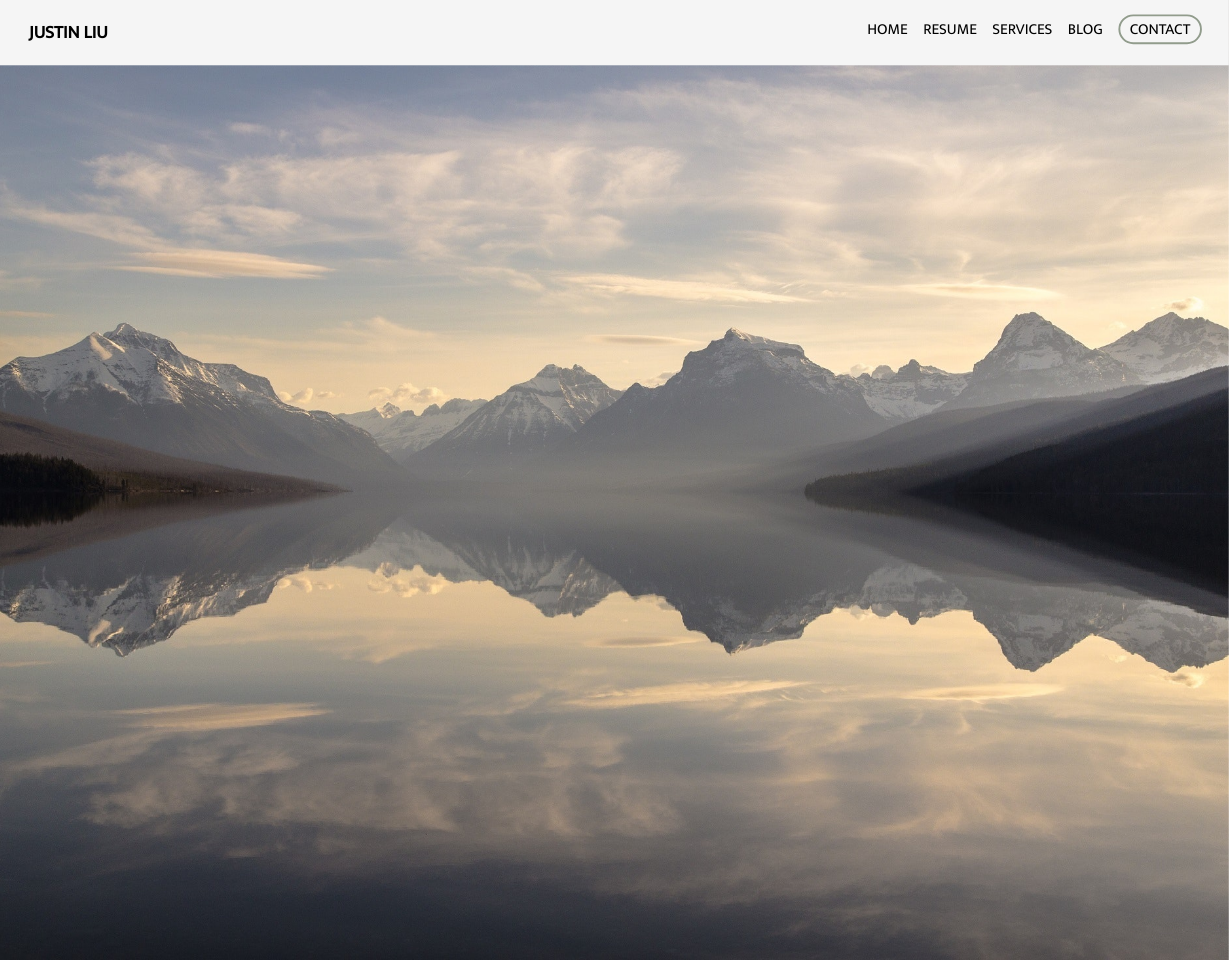
Repository: justinliu88/personal-projects
Page: index.html
These files come from the project's save history. The page is drawn as it stood at one moment and after the next save; the edit follows.
The browser window is 1280 px wide. The pictures show the whole page, at 96% of full size.
Some web libraries are served in a nearby version. The style sheet was rebuilt from its Sass, Less or Tailwind sources for each picture, by a compiler version that may differ from the author's.

Above is the page before, as saved 2020-03-17 10:56:39.

### index.html
<!DOCTYPE html>
<html lang="en">

<head>
    <meta charset="UTF-8">
    <meta name="viewport" content="width=device-width, initial-scale=1.0">
    <title>Personal Website</title>
    <link rel="stylesheet" href="main.css" type="text/css">
    <link rel="stylesheet" href="https://fonts.googleapis.com/css?family=Mukta&display=swap">
    <script src="http://ajax.googleapis.com/ajax/libs/jquery/1.7.1/jquery.min.js" type="text/javascript"></script>
    <script src="./main.js"></script>
</head>

<body>
    <nav class="container-navbar">
        <h3 class="container-navbar__name">JUSTIN LIU</h3>
        <ul class="container-navbar__options">
            <li class="container-navbar__options__buttons">
                <a class="container-navbar__options__link" href="#">HOME</a>
            </li>
            <li class="container-navbar__options__buttons">
                <a class="container-navbar__options__link" href="#">RESUME</a>
            </li>
            <li class="container-navbar__options__buttons">
                <a class="container-navbar__options__link" href="#">SERVICES</a>
            </li>
            <li class="container-navbar__options__buttons">
                <a class="container-navbar__options__link" href="#">BLOG</a>
            </li>
            <li class="container-navbar__options__buttons">
                <a id="contactLink" class="container-navbar__options__link" href="#">CONTACT</a>
            </li>
        </ul>
    </nav>



</body>

</html>

### main.scss
body {
    margin: 0px;
    background-image: url("./img/website-background.jpg");
    height: 1000px;
    background-position: center;
    background-repeat: no-repeat;
    background-size: cover;
}

.container-navbar {
    width: auto;
    display: flex;
    flex-direction: row;
    justify-content: space-between;
    background-color: whitesmoke;
    &__name {
        font-family: Mukta;
        text-align: center;
        align-items: center;
        padding-left: 30px;
    }
    &__options {
        height: 60px;
        display: flex;
        flex-direction: row;
        list-style: none;
        justify-content: flex-end;
        align-items: center;
        margin: 0px;
        padding-right: 20px;
        &__buttons {
            align-items: center;
            text-align: center;
            padding: 8px;
        }
        &__link {
            font-family: Mukta;
            text-decoration: none;
            transition: all 0.1s ease 0s;
            color: black;
            &:hover {
                color: #919c8c;
                border-bottom: 3px solid #919c8c;
            }
        }
        #contactLink {
            border: 2px solid #919c8c;
            border-radius: 20px;
            padding-left: 10px;
            padding-right: 10px;
        }
    }
}

Loaded but not shown: main.js (no stored copy; drawn as an empty file)

After the next save:
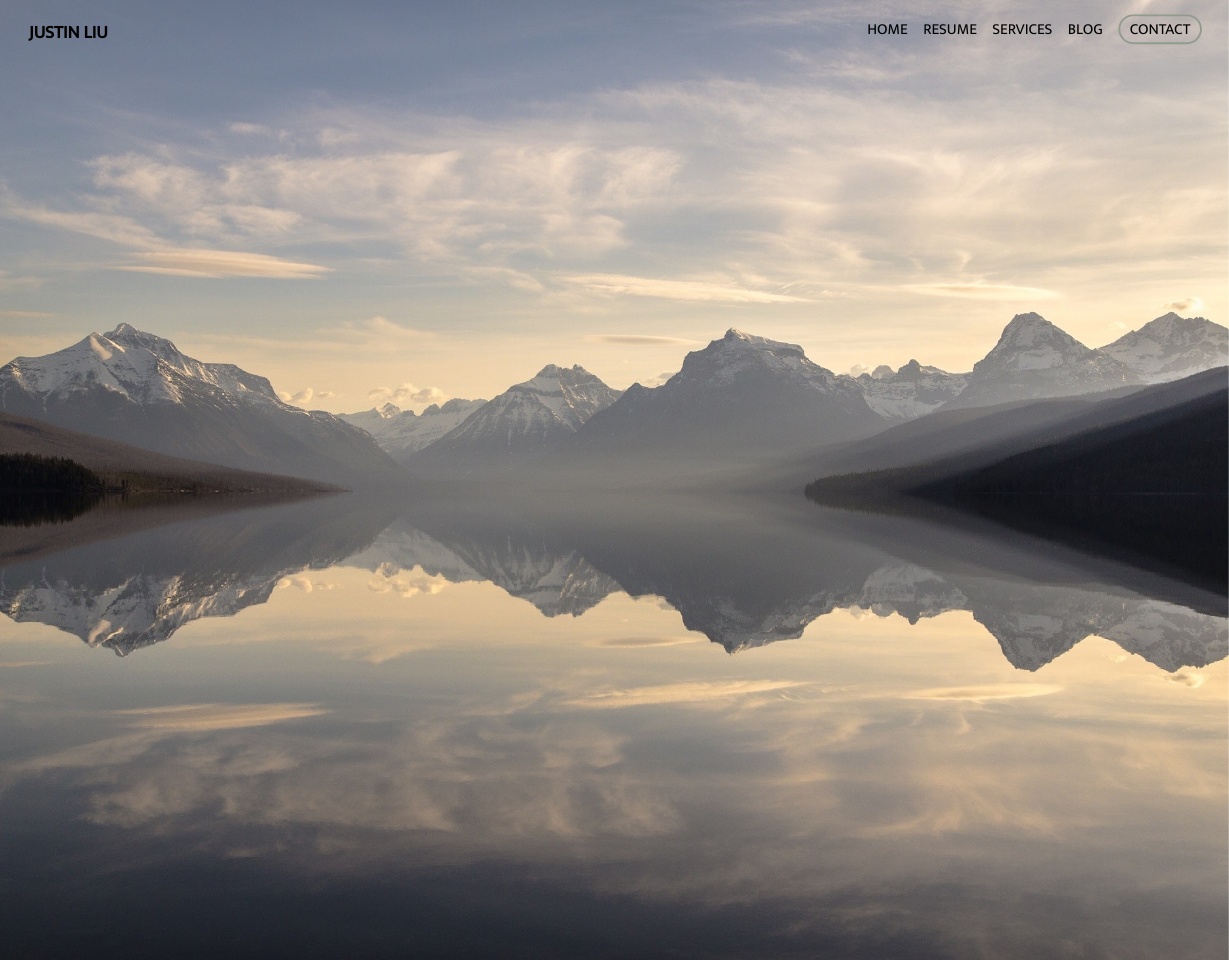
Saved 85 s later.
--- a/main.scss
+++ b/main.scss
@@ -12,7 +12,7 @@ body {
     display: flex;
     flex-direction: row;
     justify-content: space-between;
-    background-color: whitesmoke;
+    //background-color: whitesmoke;
     &__name {
         font-family: Mukta;
         text-align: center;
